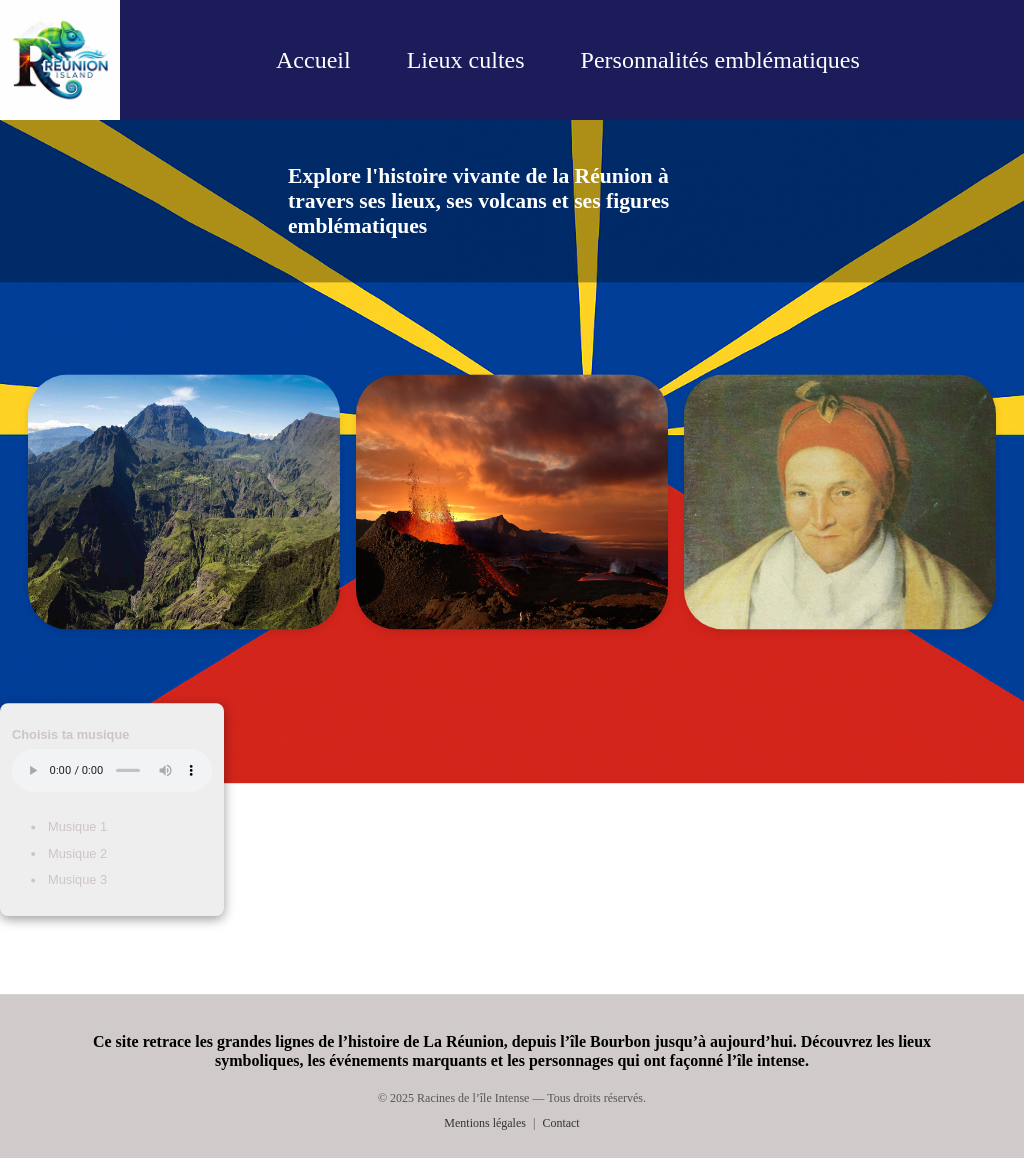
Repository: racinesintense974/Racines-de-lile-intense
Page: index.html
These files come from the project's save history. The page is drawn as it stood at one moment and after the next save; the edit follows.
The browser window is 1280 px wide. The pictures show the whole page, at 80% of full size.

Above is the page before, as saved 2026-02-12 14:44:51.

After the next save:
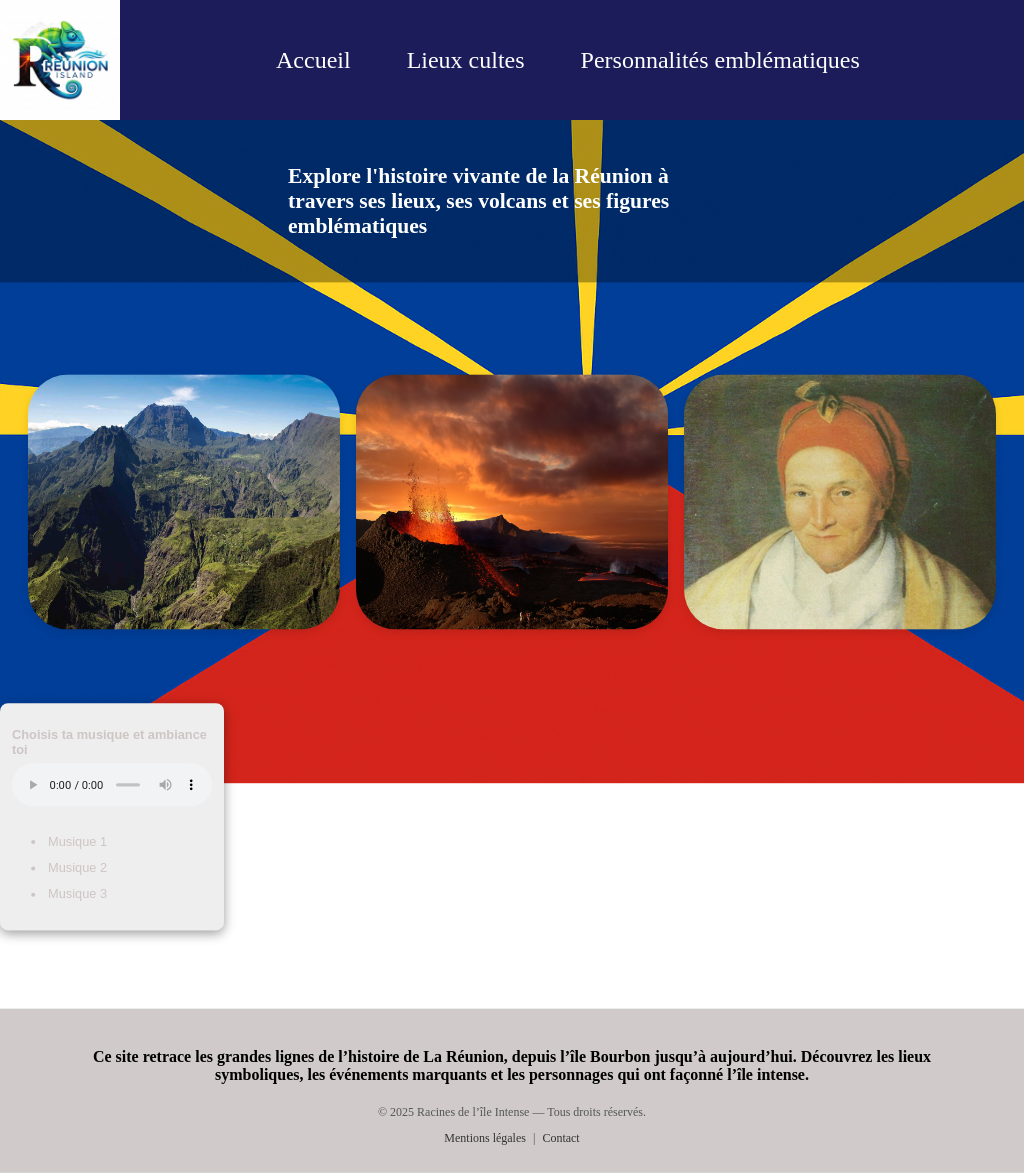
Saved 7 s later.
--- a/index.html
+++ b/index.html
@@ -68,7 +68,7 @@ li:hover{
 </div>
 
 <div class="player">
-  <p id="titre">Choisis ta musique</p>
+  <p id="titre">Choisis ta musique et ambiance toi</p>
 
   <audio id="audio" controls></audio>
 
